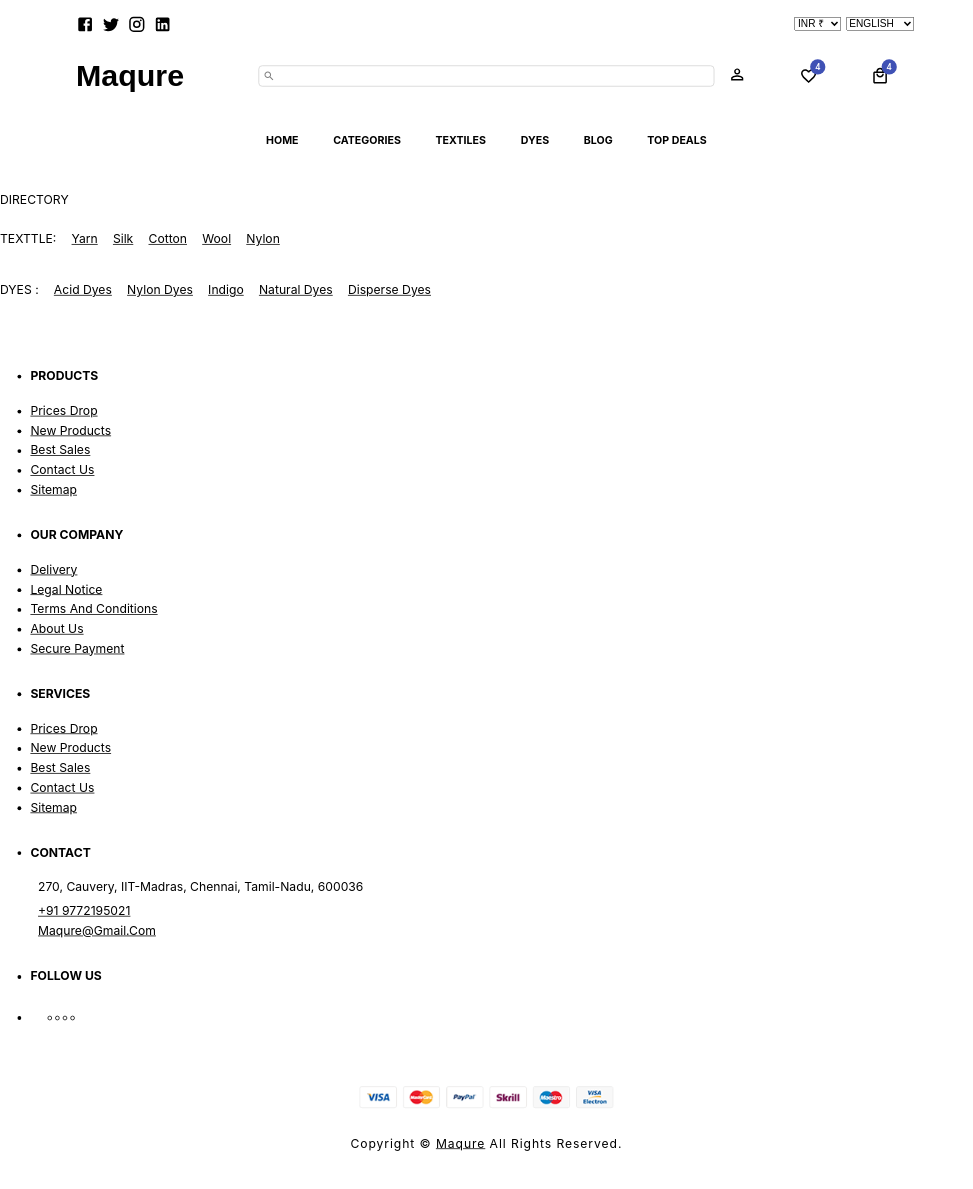
Repository: harshitsingh85420/Maqure
Page: /
An editor plug-in stored every save of this project. The page is shown before and after the next save, followed by the edit.
The browser window is 1280 px wide. The pictures show the whole page, at 76% of full size.
The project was rebuilt for these pictures with package versions that can differ from the ones it lists, and the page was loaded fresh each time.

Above is the page before, as saved 2022-05-26 02:26:22.

After the next save:
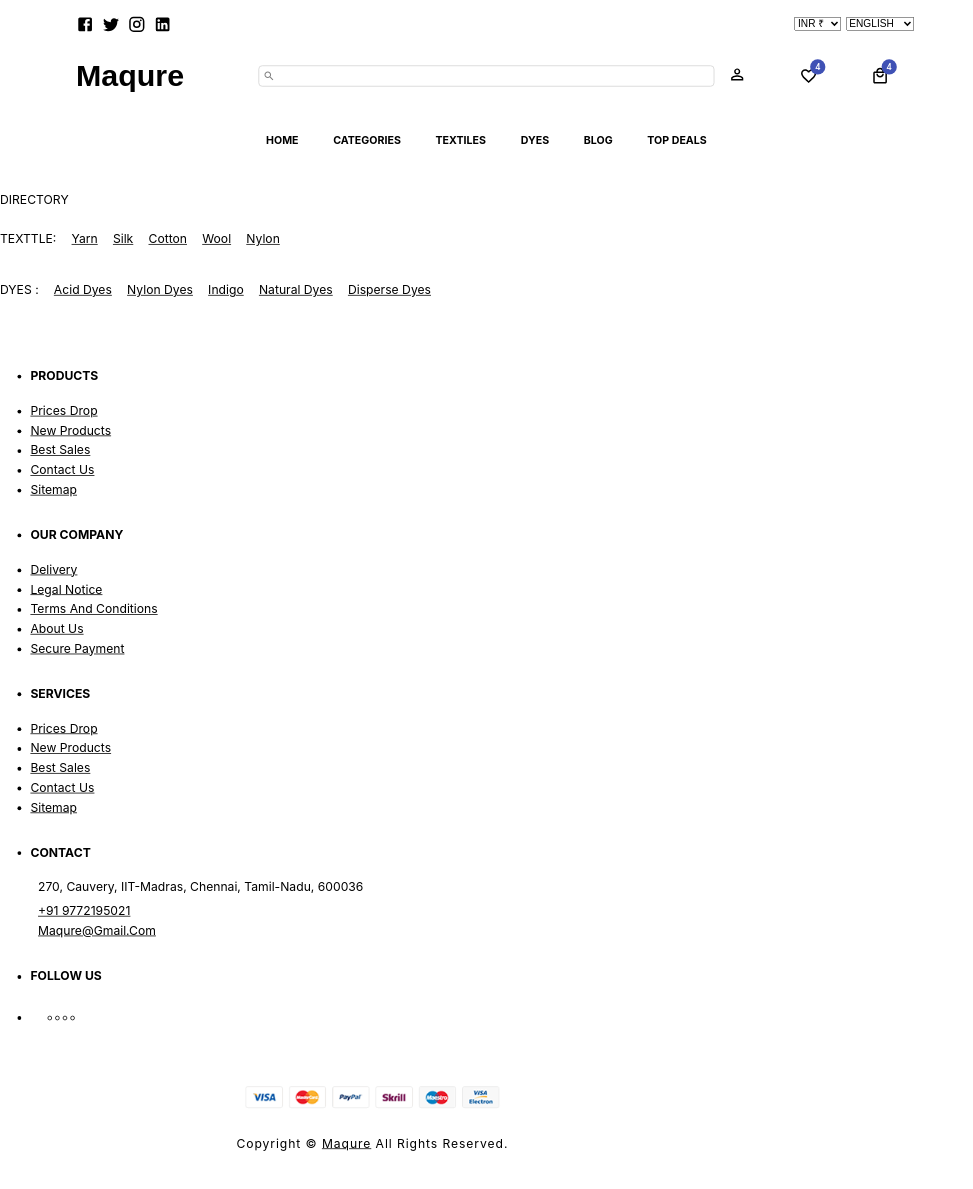
Saved 2 min 2 s later.
--- a/src/components/CSS/Footer.css
+++ b/src/components/CSS/Footer.css
@@ -1,4 +1,5 @@
 
+.container { max-width: 980px; }
 
 /*-----------------------------------*\
   #FOOTER
